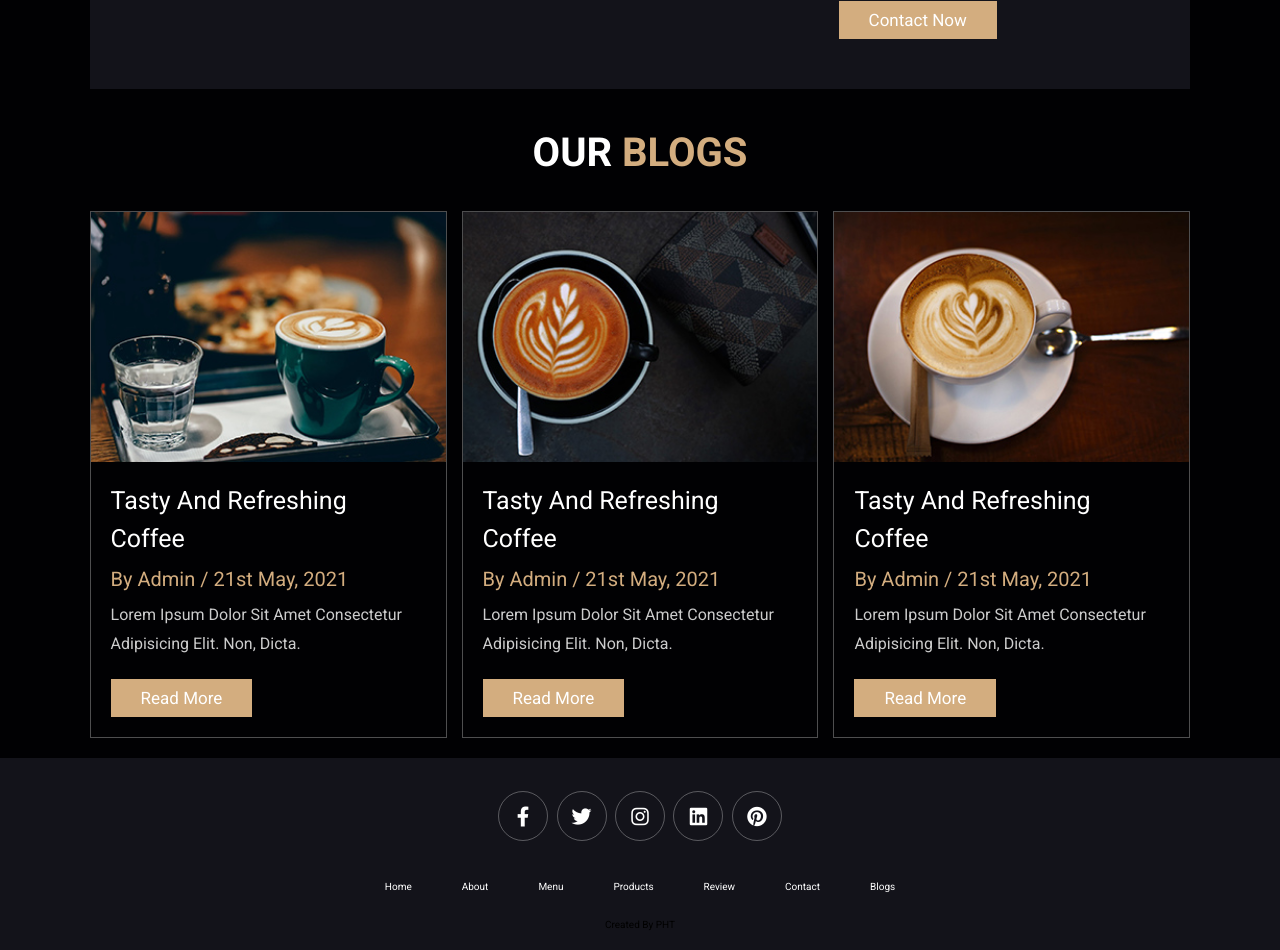
Repository: phamtrunghptn-dev/coffee-shop
Page: index.html
The author's editor kept a copy of each file at every save. The page is drawn from the files as they stood at one save, then again after a run of saves.
The browser window is 1280 px wide. The pictures show the part of the page from y = 3700 to 4652 px (the page is 4650 px tall before and 4652 px after).
Pictures or frames that could not be fetched are drawn as grey boxes. A picture or video elsewhere on the page could not be fetched, so the positions and the page height are approximate. Some web libraries are served in a nearby version.

Above is the page before, as saved 2022-06-26 22:19:59.

After the next 2 saves:
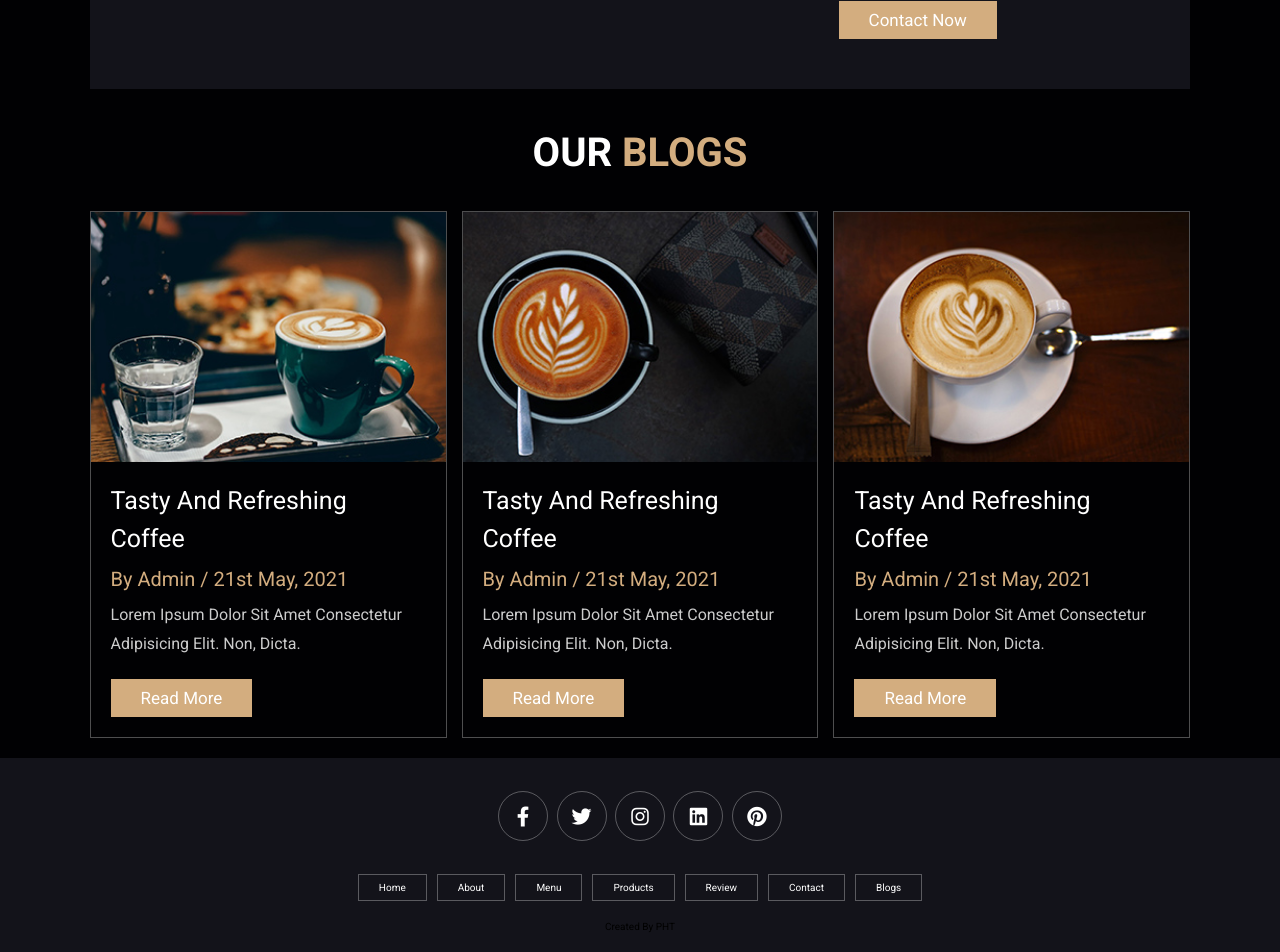
The 2 saves are shown as one change because they came seconds apart.
The last was saved 6 s later.
--- a/css/style.css
+++ b/css/style.css
@@ -546,7 +546,7 @@ section{
 .footer .links a{
     padding: 0.7rem 2rem;
     color: #fff;
-
+    border: var(--border);
 }
 
 
